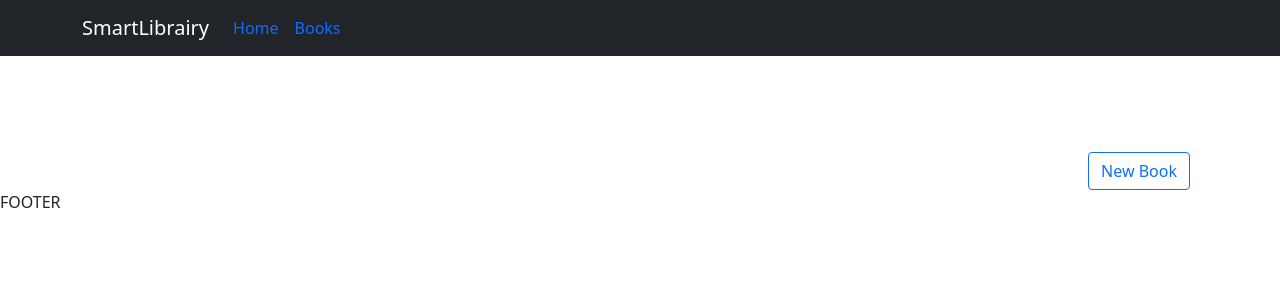
Repository: FS-23/smart-librairy
Page: http://localhost/books/list
These files come from the project's save history. The page is drawn as it stood at one moment and after the next save; the edit follows.
The browser window is 1280 px wide. The pictures show the whole page.
The page is served by the project's Laravel application, run on PHP 8.4 with Laravel 9. Other server files are loaded and not shown. Queries for data that is not in the repository find no rows.

Above is the page before, as saved 2022-06-10 13:21:15.

### routes/web.php
<?php

use Illuminate\Support\Facades\Route;
use Illuminate\Http\Request;
use App\Http\Controllers\BookController;

/*
    |--------------------------------------------------------------------------
    | Web Routes
    |--------------------------------------------------------------------------
    |
    | Here is where you can register web routes for your application. These
    | routes are loaded by the RouteServiceProvider within a group which
    | contains the "web" middleware group. Now create something great!
    |
*/

Route::get('/', function () {
    return redirect('/books/list');
});
Route::get('/books/list' , [BookController::class , 'index']);
Route::get('/books/create',[BookController::class , 'create']);
Route::get('/books/update/{id}',[BookController::class , 'edit']);
Route::post('/books/store' , [BookController::class , 'store']);
Route::post('/books/update/{id}' , [BookController::class , 'update']);
Route::get('/books/detail/{id}' , [BookController::class, 'show']);
Route::get('/books/delete/{id}' , [BookController::class, 'destroy']);

Route::view('/file' , 'file');

Route::post('/file/store' , function(Request $request){
    //hasFile

    $file = $request -> file('myFile');

    // Storage::put('myfile.jpg', $file);
     $storeResult = $file->store('public/bookImages'); // file est le name de votre input dans file.blade.php
    // return $storeResult;

    $fileName = str_replace('public' , 'storage' , $storeResult);
     return  $fileName;
});

### app/Http/Controllers/BookController.php
<?php

namespace App\Http\Controllers;

use App\Models\Book;
use Illuminate\Http\Request;

class BookController extends Controller
{

    public function index()
    {

        return view('book.list', ['books' => Book::all()]);
    }

    public function create()
    {
        return view('book.create');
    }

    public function store(Request $request)
    {
        $data = $request -> all();
        $file = $request -> file('bookImage');
        $fileStoreResult = $file->store('/public/bookImages');
        $fileName = str_replace('public', 'storage' , $fileStoreResult);
        $data['image'] = $fileName;
        $createdBook = Book::create($data);
        return redirect('/books/list');
    }


    public function show($id)
    {
        return  view('book.detail' , ["book" => Book::find($id)]);
    }


    public function edit($id)
    {
        return view('book.update' , ["book" => Book::find($id)]);
    }


    public function update(Request $request, $id)
    {
        $book = Book::find($id);
        $book ->update($request->all());

        return redirect('/books/list');
        //
    }

    public function destroy($id)
    {
        Book::destroy($id);
        return redirect('/books/list');
    }
}

### app/Models/Book.php
<?php

namespace App\Models;

use Illuminate\Database\Eloquent\Factories\HasFactory;
use Illuminate\Database\Eloquent\Model;

class Book extends Model
{
    use HasFactory;

    protected $fillable  = ["title", "author" , "description" , "categorie" , 'image'];
}

### resources/views/book/list.blade.php

 @extends('layout.layout')

 @section('content')
     <div class="mt-5 container">
             <div class="d-block text-end pe-2">
                 <a href="/books/create" class="btn btn-outline-primary mt-5">New Book</a>
             </div>
             <div class="row mx-0">
                 @foreach($books as $book)
                     <div style="" class="mt-3 col-12 col-sm-6 col-lg-4">
                         <div class="h-100">
                             <div class="bg-light p-3 d-flex justify-content-center align-items-center" style="height: 150px">
                                 <h3>{{ $book -> title }}</h3>
                                 <img src="{{ url($book->image) }}" width="70" height="100" alt="">
                             </div>
                             <div class="bg-dark text-white p-3 ">
                                 <p style="white-space: nowrap; overflow: hidden;text-overflow: ellipsis" class="">{{ $book -> description }}</p>
                                 <a href="/books/detail/{{ $book->id }}" class="btn btn-primary">More</a>
                             </div>
                         </div>
                     </div>
                 @endforeach

             </div>
     </div>
 @endsection

### resources/views/layout/layout.blade.php
<!DOCTYPE html>
<html lang="en">
<head>
    <meta charset="UTF-8">
    <meta name="viewport" content="width=device-width, initial-scale=1.0">
    <meta http-equiv="X-UA-Compatible" content="ie=edge">
    <title>SMART LIBRAIRY</title>

    <link rel="stylesheet" href="https://cdn.jsdelivr.net/npm/bootstrap@5.1.3/dist/css/bootstrap.min.css">
</head>
<body>
    <header>
        <nav class="navbar navbar-expand-lg  bg-dark  text-white">
             <div class="container">
                  <div class="navbar-brand text-white">SmartLibrairy</div>

                  <button class="navbar-toggler" data-bs-toggle="collapse" href="#menu-container">
                     <span class="navbar-toggler-icon"></span>
                  </button>
                  <div class="collapse navbar-collapse" id="menu-container">
                    <ul class="navbar-nav">
                        <li class="nav-item">
                            <a href="/" class="nav-link">Home</a>
                        </li>
                        <li class="nav-item">
                             <a href="/books/list" class="nav-link">Books</a>
                        </li>
                    </ul>
                  </div>
             </div>

        </nav>
    </header>
    <section>
        @yield('content')
    </section>

    <section>
        @if($errors->count()>0)
            @foreach($errors->all() as $error)
                <h6 class="text-danger">{{ $error }}</h6>
            @endforeach
        @endif
    </section>
    <footer>
        FOOTER
    </footer>

    <script src="https://cdn.jsdelivr.net/npm/bootstrap@5.1.3/dist/js/bootstrap.bundle.min.js"></script>
</body>
</html>

Loaded but not shown: app/Http/Controllers/Controller.php (common file)

After the next save:
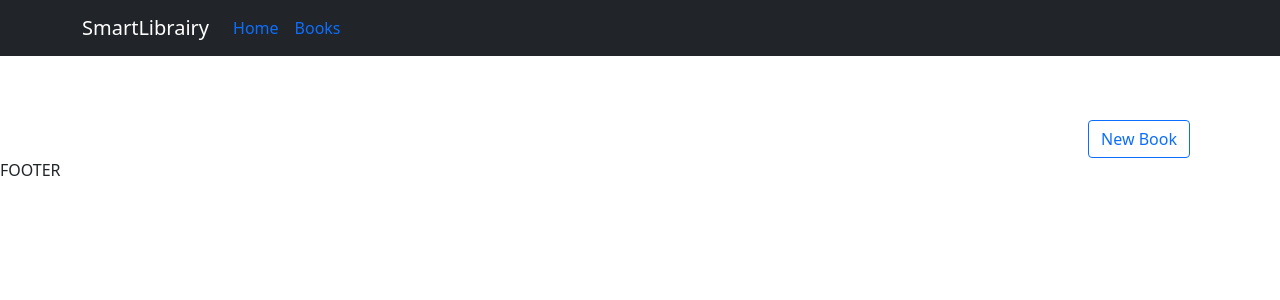
Saved 6 min 31 s later.
--- a/resources/views/book/list.blade.php
+++ b/resources/views/book/list.blade.php
@@ -2,7 +2,7 @@
  @extends('layout.layout')
 
  @section('content')
-     <div class="mt-5 container">
+     <div class="mt-3 container">
              <div class="d-block text-end pe-2">
                  <a href="/books/create" class="btn btn-outline-primary mt-5">New Book</a>
              </div>
